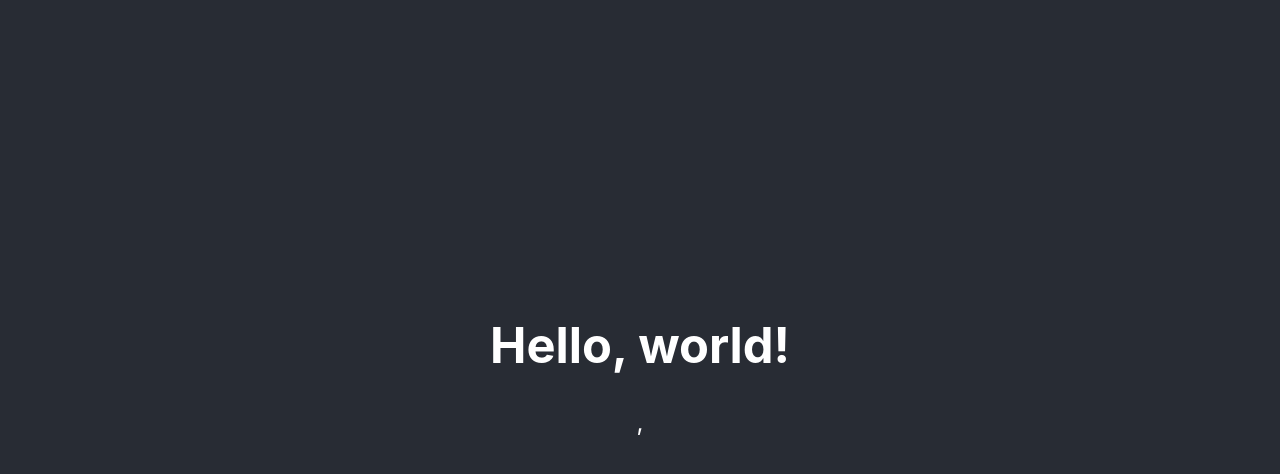
Repository: naomihorsford1/intro-to-react
Page: /
An editor plug-in stored every save of this project. The page is shown before and after the next save, followed by the edit.
The browser window is 1280 px wide. The pictures show the whole page.
The project was rebuilt for these pictures with package versions that can differ from the ones it lists, and the page was loaded fresh each time.

Above is the page before, as saved 2021-11-09 13:12:55.

After the next save:
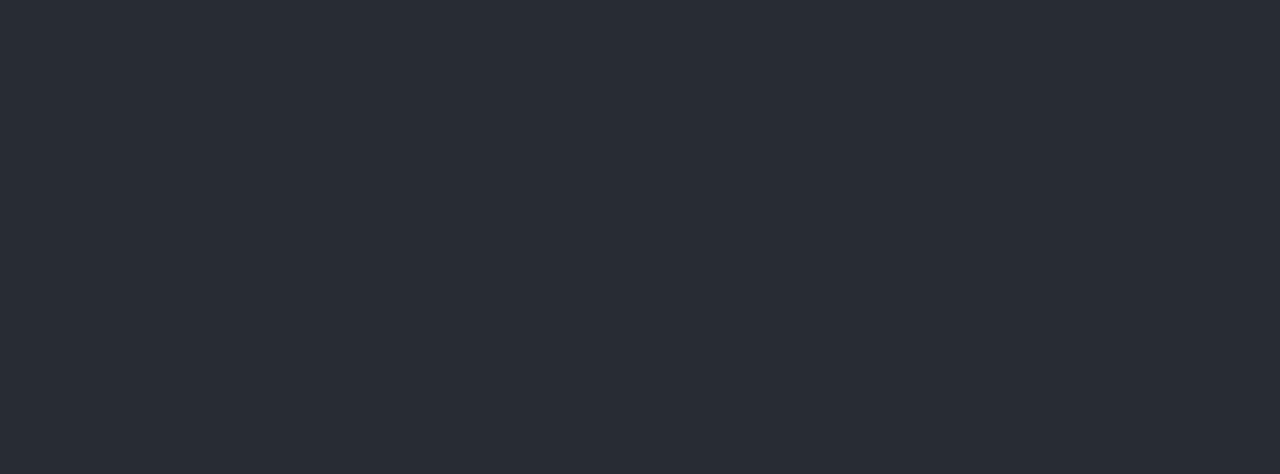
Saved 11 min 45 s later.
--- a/src/App.js
+++ b/src/App.js
@@ -5,7 +5,7 @@
   return (
     <div className="App">
       <header className="App-header">
-        <h1>Hello, world!</h1>,
+      <div id="root"></div>
       </header>
     </div>
   );

After the save that followed:
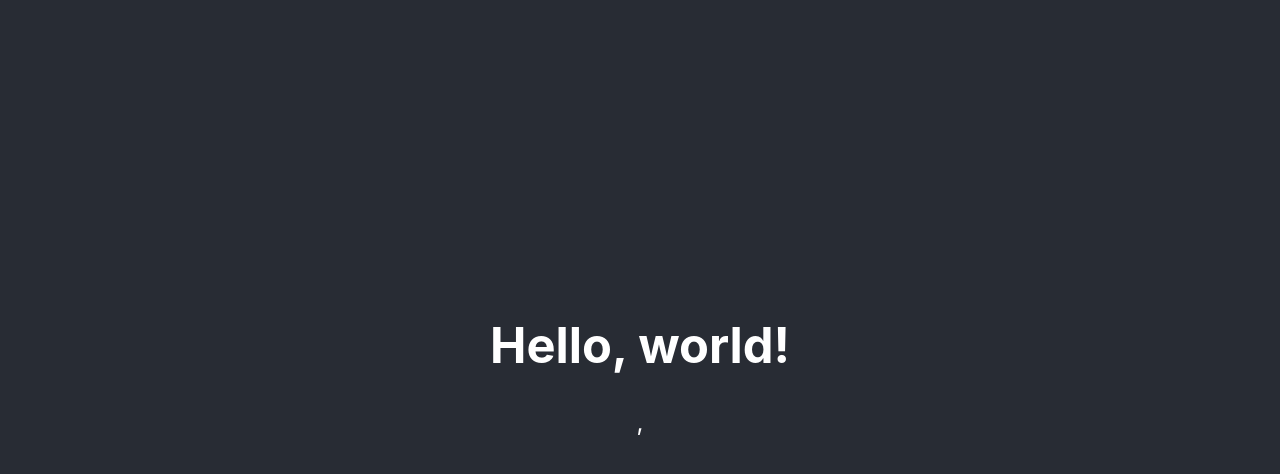
Saved 9 s later.
--- a/src/App.js
+++ b/src/App.js
@@ -5,7 +5,7 @@
   return (
     <div className="App">
       <header className="App-header">
-      <div id="root"></div>
+        <h1>Hello, world!</h1>,
       </header>
     </div>
   );
